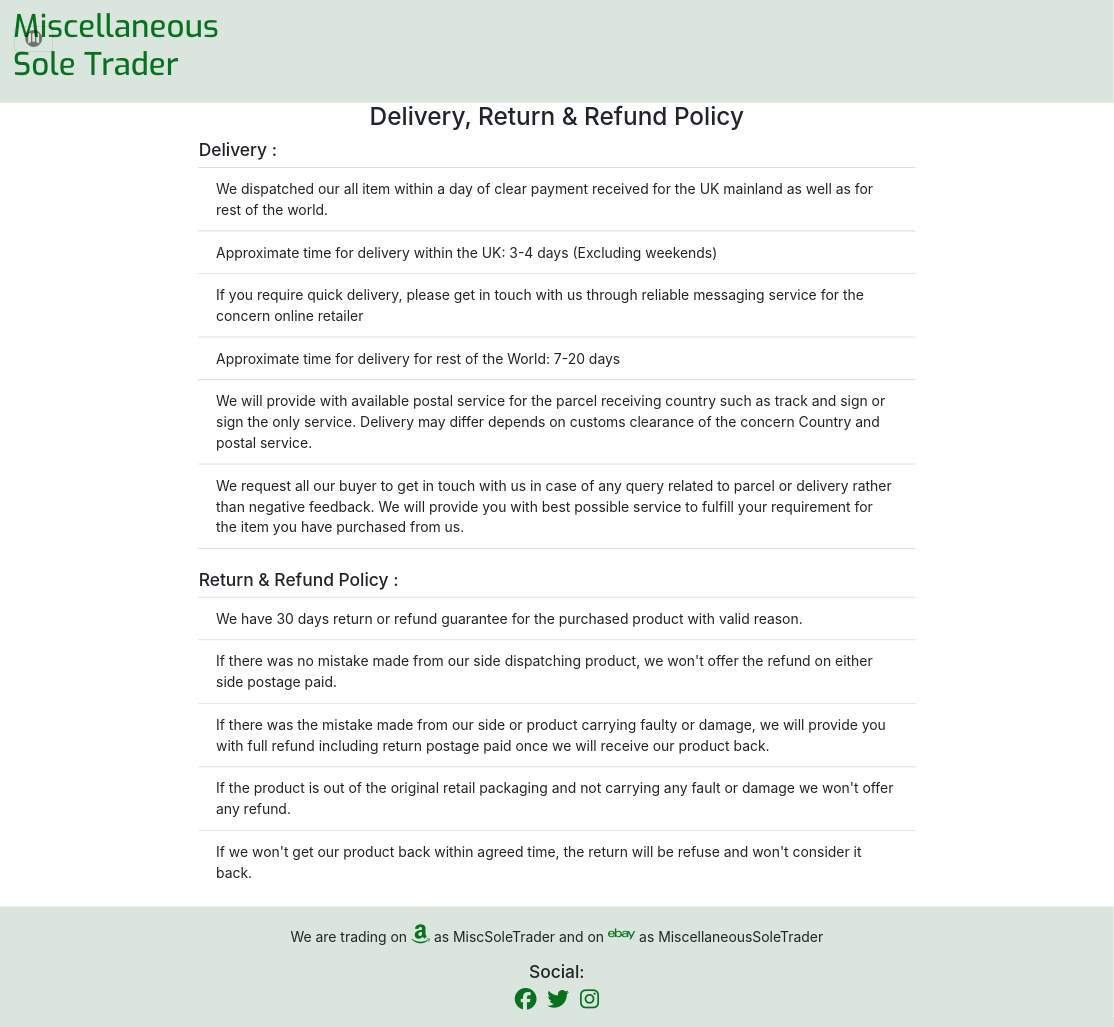
Repository: Code-Institute-Submissions/MilestoneProjectMST
Page: delretref.html
The author's editor kept a record of every edit. The page is drawn from the files as they stood at one moment, then again after the next edit.
The browser window is 1280 px wide. The pictures show the whole page, at 87% of full size.
Some web libraries are served in a nearby version.

Above is the page before.
Console error: TypeError: Cannot read properties of undefined (reading 'fn')

### delretref.html
<!DOCTYPE html>
<html lang="en">

<head>
    <meta charset="UTF-8">
    <meta name="viewport" content="width=device-width, initial-scale=1.0">
    <meta http-equiv="X-UA-Compatible" content="ie=edge">
    <link rel="stylesheet" href="support/style.css" type="text/css" />
    <link rel="stylesheet" href="https://stackpath.bootstrapcdn.com/bootstrap/4.3.1/css/bootstrap.min.css" integrity="sha384-ggOyR0iXCbMQv3Xipma34MD+dH/1fQ784/j6cY/iJTQUOhcWr7x9JvoRxT2MZw1T" crossorigin="anonymous">
    <script src="https://stackpath.bootstrapcdn.com/bootstrap/4.3.1/js/bootstrap.min.js" integrity="sha384-JjSmVgyd0p3pXB1rRibZUAYoIIy6OrQ6VrjIEaFf/nJGzIxFDsf4x0xIM+B07jRM" crossorigin="anonymous"></script>
    <script src="https://kit.fontawesome.com/011e87d520.js"></script>
    <link rel="stylesheet" href="https://cdnjs.cloudflare.com/ajax/libs/hover.css/2.3.1/css/hover-min.css" type="text/css" />
    <title>MiscSoleTrader</title>
</head>

<body>
    <header class="header-background navalert-container">
        <div class="row no-gutters">
            <a href="index.html" class="col">
                <h1 class="hdr-title-color">Miscellaneous<br> Sole Trader</h1>
            </a>
            <div>
                <nav class="navbar navbar-light nav-background fixed-top">
                    <button class="navbar-toggler" type="button" data-toggle="collapse" data-target="#navbarSupportedContent" aria-controls="navbarSupportedContent" aria-expanded="false" aria-label="Toggle navigation">
                        <i class="fab fa-mizuni"></i>
                    </button>
                    <div class="collapse navbar-collapse" id="navbarSupportedContent">
                        <ul class="nav navbar-nav">
                            <li class="nav-item active mr-2">
                                <a class="nav-link" href="index.html">Products<span class="sr-only">(current)</span></a>
                            </li>
                            <li class="nav-item mr-2">
                                <a class="nav-link" href="about.html">About Us</a>
                            </li>
                            <li class="nav-item mr-2">
                                <a class="nav-link" href="contact.html">Contact Us</a>
                            </li>
                            <li class="nav-item mr-2">
                                <a class="nav-link" href="delretref.html" title="Return & Refund">R & R</a>
                            </li>
                        </ul>
                        <!--<form class="form-inline d-none d-lg-block my-2 my-lg-0">-->
                        <!--    <input class="form-control mr-sm-2" type="search" placeholder="Search" aria-label="Search">-->
                        <!--    <button class="btn btn-outline-success my-2 my-sm-0" type="submit">Search</button>-->
                        <!--</form>-->
                    </div>
                </nav>
            </div>
        </div>
    </header>

    <section class="main-background container-fluid" id="container">
        <div class="row" id="main">
            <div class="col delretref-heading text-center">
                <h3 class="uppercase">Delivery, Return & Refund Policy</h3>
            </div>
        </div>
        <div class="row no-gutter" id="main">
            <div class="col-xl-2">

            </div>
            <div class="col-xl-8 delretref-text">
                <h5 class="delretref-caption">Delivery : </h5>
                <ol class="list-group list-group-flush">
                    <li class="list-group-item">We dispatched our all item within a day of clear payment received for the UK mainland as well as for rest of the world.</li>
                    <li class="list-group-item">Approximate time for delivery within the UK: 3-4 days (Excluding weekends)</li>
                    <li class="list-group-item">If you require quick delivery, please get in touch with us through reliable messaging service for the concern online retailer</li>
                    <li class="list-group-item">Approximate time for delivery for rest of the World: 7-20 days</li>
                    <li class="list-group-item">We will provide with available postal service for the parcel receiving country such as track and sign or sign the only service. Delivery may differ depends on customs clearance of the concern Country and postal service.</li>
                    <li class="list-group-item">We request all our buyer to get in touch with us in case of any query related to parcel or delivery rather than negative feedback. We will provide you with best possible service to fulfill your requirement for the item you have purchased
                        from us.</li>
                <!--</ol>-->
                <br>
                <h5 class="delretref-caption">Return & Refund Policy : </h5>
                <!--<ol>-->
                <li class="list-group-item">We have 30 days return or refund guarantee for the purchased product with valid reason.</li>
                <li class="list-group-item">If there was no mistake made from our side dispatching product, we won't offer the refund on either side postage paid.</li>
                <li class="list-group-item">If there was the mistake made from our side or product carrying faulty or damage, we will provide you with full refund including return postage paid once we will receive our product back.</li>
                <li class="list-group-item">If the product is out of the original retail packaging and not carrying any fault or damage we won't offer any refund.</li>
                <li class="list-group-item">If we won't get our product back within agreed time, the return will be refuse and won't consider it back.</li>
                </ol>
            </div>

            <div class="col-xl-2">

            </div>

        </div>

    </section>
    <footer class="fixed-footer container-fluid footer-container">
        <div id="footer-details" class="row footer-text">
            <div class="col-sm col-md col-lg">
                <p class="inline-block">
                    We are trading on <i class="fab fa-amazon"></i> as MiscSoleTrader and on <i class="fab fa-ebay"></i> as MiscellaneousSoleTrader
                </p>
                <!--</div>-->

                <!--<div class="col-sm-6 col-md-6">-->
                <h5 class="uppercase general-sub">Social: </h5>
                <ul class="list-inline social-links">
                    <li class="list-inline-item">
                        <a target="_blank" href="#" title="Miscellaneous Sole Trader">
                            <i class="fab fa-facebook" aria-hidden="true"></i>
                            <span class="sr-only">Facebook</span>
                        </a>
                    </li>
                    <li class="list-inline-item">
                        <a target="_blank" href="#">
                            <i class="fab fa-twitter" aria-hidden="true"></i>
                            <span class="sr-only">Twitter</span>
                        </a>
                    </li>
                    <li class="list-inline-item">
                        <a target="_blank" href="#" title="misc_sole_trade">
                            <i class="fab fa-instagram" aria-hidden="true"></i>
                            <span class="sr-only">Instagram</span>
                        </a>
                    </li>
                </ul>
            </div>
        </div>
    </footer>
    <script src="https://code.jquery.com/jquery-3.3.1.slim.min.js " integrity="sha384-q8i/X+965DzO0rT7abK41JStQIAqVgRVzpbzo5smXKp4YfRvH+8abtTE1Pi6jizo " crossorigin="anonymous "></script>
    <script src="https://cdnjs.cloudflare.com/ajax/libs/popper.js/1.14.7/umd/popper.min.js " integrity="sha384-UO2eT0CpHqdSJQ6hJty5KVphtPhzWj9WO1clHTMGa3JDZwrnQq4sF86dIHNDz0W1 " crossorigin="anonymous "></script>
    <script src="https://stackpath.bootstrapcdn.com/bootstrap/4.3.1/js/bootstrap.min.js " integrity="sha384-JjSmVgyd0p3pXB1rRibZUAYoIIy6OrQ6VrjIEaFf/nJGzIxFDsf4x0xIM+B07jRM " crossorigin="anonymous "></script>
</body>

</html>

### support/style.css
@import url('https://fonts.googleapis.com/css?family=Roboto:100,200,300,400,500,600,700|Exo:100,200,300,400,500,600,700|Abel:100,200,300,400,500,600,700');

/*--------------------------------------------------------------------------Header--*/

/*--------------------------------------------------Title--*/

header {
    margin: 0;
}

.hdr-title-color {
    font-family: "Exo",sans-serif;
    font-size: 36px;
    color: #07711f;
    /*background-color: #dae6dd;*/
    text-align: left;
    width: 100%;
    min-height: 90px;
    padding-left: 5px;
    text-decoration: none;
    /*padding-top: 5px;*/
}

.nav-background {
    min-height: 90px;
}

.header-background {
    background-color: #dae6dd;
    padding: 10px;
}

.navbar {
    align-items: right;
}

/*--------------------------------------------------------------------------Footer--*/

.footer-text {
    text-align: center;
    background-color: #dae6dd;
    margin-top: 15px;
    padding-top: 20px;
}

.footer-text i {
    color: #07711f;
    font-size: 25px;
    /*margin-top: 15px;*/
    /*padding-top: 20px;*/
}

/*--------------------------------------------------------------------Media Query--*/

@media (min-width: 920px)
.navbar-expand-md .navbar-nav {
    display: flex;
    flex-direction: column ;
}

After the next edit:
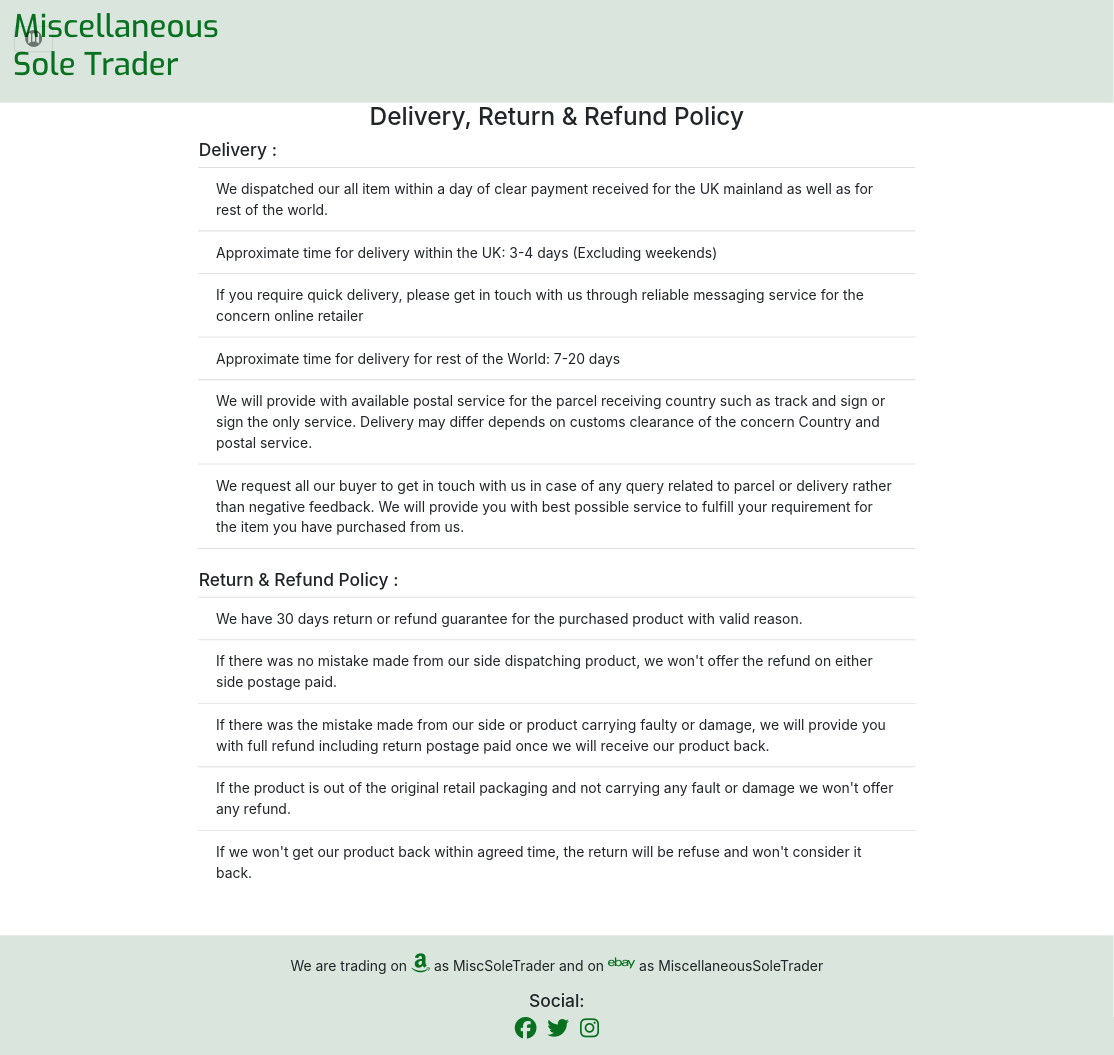
The edit:
--- a/delretref.html
+++ b/delretref.html
@@ -88,7 +88,7 @@
         </div>
 
     </section>
-    <footer class="fixed-footer container-fluid footer-container">
+    <footer class="mt-5 fixed-footer container-fluid footer-container">
         <div id="footer-details" class="row footer-text">
             <div class="col-sm col-md col-lg">
                 <p class="inline-block">
